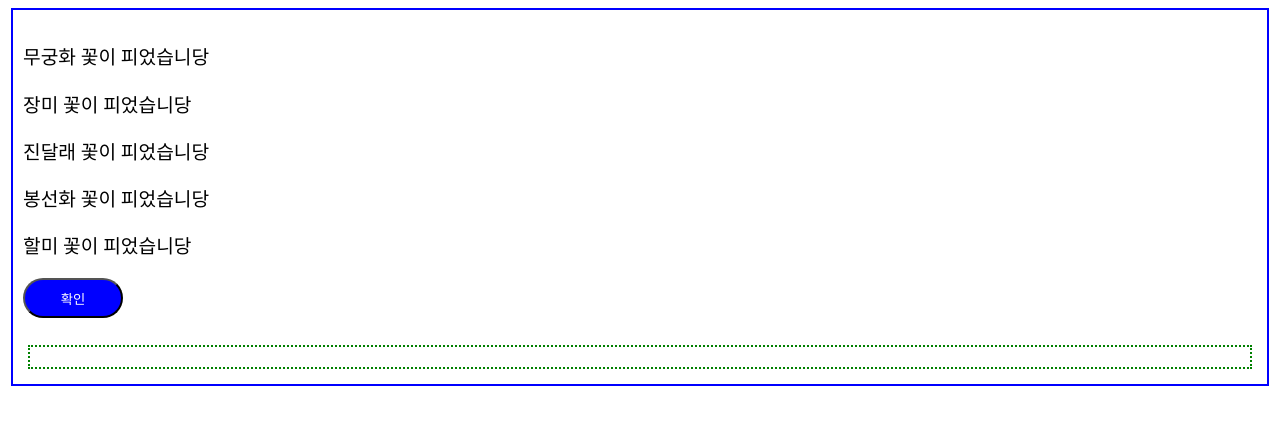
Repository: patternlobe-stack/MY_repository
Page: webpro/src/main/webapp/0915/속성선택.html
These files come from the project's save history. The page is drawn as it stood at one moment and after the next save; the edit follows.
The browser window is 1280 px wide. The pictures show the whole page.
After loading, the first visible `input` was clicked once.

Above is the page before, as saved 2025-09-15 05:57:52.

After the next save:
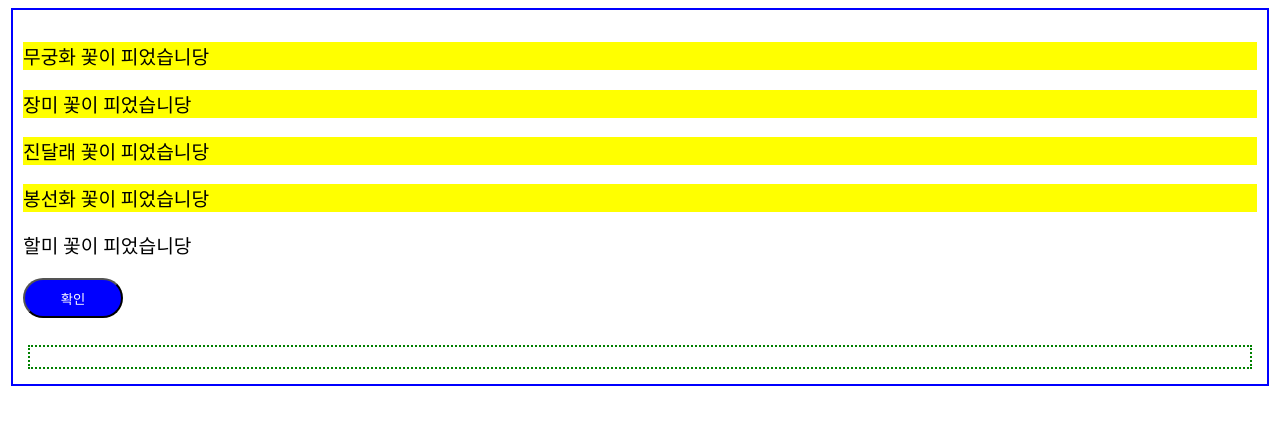
Saved 26 s later.
--- a/webpro/src/main/webapp/0915/속성선택.html
+++ b/webpro/src/main/webapp/0915/속성선택.html
@@ -10,7 +10,7 @@
 <script>
 
 const proc1 = () =>{
-	$('p[class]')
+	$('p[class]').css('background','yellow');
 
 }
 </script>
